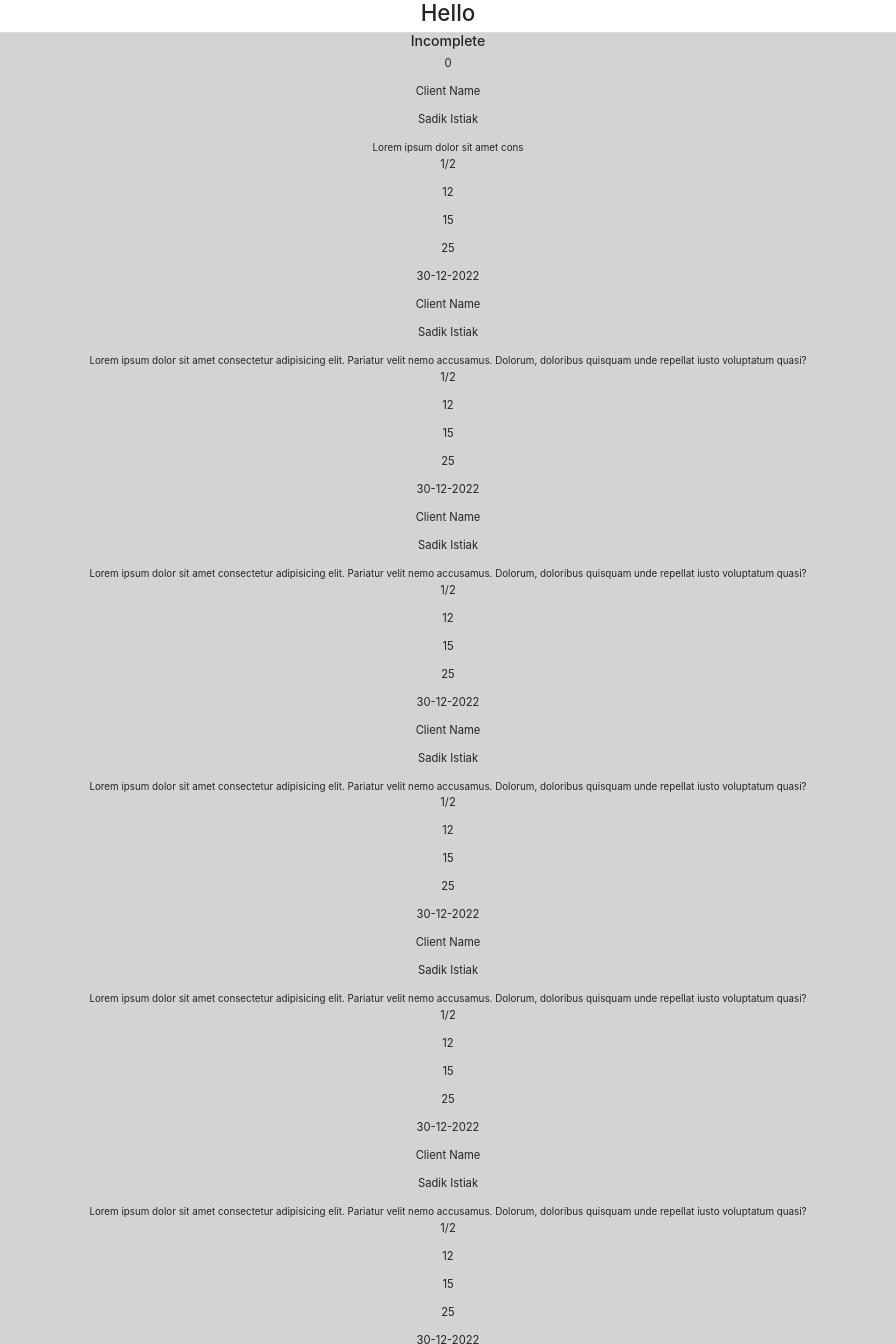
Repository: Sharif-00112/dashboard-task-frontend
Page: /
An editor plug-in stored every save of this project. The page is shown before and after the next save, followed by the edit.
The browser window is 1280 px wide. The pictures show the part of the page from y = 0 to 1920 px (the page is 3158 px tall before and 2758 px after), at 70% of full size.
The project was rebuilt for these pictures with package versions that can differ from the ones it lists, and the page was loaded fresh each time.

Above is the page before, as saved 2023-01-27 23:40:31.

### src/index.js
import React from 'react';
import 'bootstrap/dist/css/bootstrap.css';
import ReactDOM from 'react-dom/client';
import './index.css';
import App from './App';
import reportWebVitals from './reportWebVitals';

const root = ReactDOM.createRoot(document.getElementById('root'));
root.render(
  <React.StrictMode>
    <App />
  </React.StrictMode>
);

// If you want to start measuring performance in your app, pass a function
// to log results (for example: reportWebVitals(console.log))
// or send to an analytics endpoint. Learn more: https://bit.ly/CRA-vitals
reportWebVitals();

### src/App.js
import './App.css';
import Incomplete from './Components/Incomplete';

function App() {
  return (
    <div className="App">

      <h2>Hello</h2>
      <Incomplete></Incomplete>
    </div>
  );
}

export default App;

### src/Components/Incomplete.js
import React, { useState } from 'react';
import { useEffect } from 'react';
import './styles.css';
import Task from './Task';

const Incomplete = () => {
    const [tasks, setTasks] = useState([]);
    useEffect( ()=> {
        fetch('./tasks.JSON')
        .then(res => res.json())
        .then(data => setTasks(data))
    } ,[])
    return (
        <div className='background'>
            <div className="">
                <h5>Incomplete</h5>
                <p>0</p>
            </div>
            <div className="section-container">
                <div className="task-container">
                    {
                        tasks.map(task => <Task
                            key={task.taskNo}
                            task={task}
                        ></Task>)
                    }
                </div>
            </div>
        </div>
    );
};

export default Incomplete;

### src/Components/styles.css
.background{
    background-color: lightgray;
}

.task-part{
    display: flex;
    justify-content: space-between
}

### src/Components/Task.js
import React from 'react';

const Task = (props) => {
    const {clientName, clientImg, supervisorName, supervisorImg, taskSummary, progress, staff1Img, staff2Img, modules, message, attachment, date} = props.task;
    return (
        <div>
            <div className="">
                <p>{clientName}</p>
                <p>{supervisorName}</p>
            </div>
            <div className="">
                <small>{taskSummary}</small>
                <p>{progress}</p>
            </div>
            <div className="">
                <p>{modules}</p>
                <p>{message}</p>
                <p>{attachment}</p>
                <p>{date}</p>
            </div>
        </div>
    );
};

export default Task;

### public/tasks.JSON
[
  {
    "taskNo": 1,
    "clientName": "Client Name",
    "clientImg": "clientIMG.jpg",
    "supervisorName": "Sadik Istiak",
    "supervisorImg": "supervisorIMG.jpg",
    "taskSummary": "Lorem ipsum dolor sit amet cons",
    "progress": "1/2",
    "staff1Img": "staff1.jpg",
    "staff2Img": "staff2.jpg",
    "modules": 12,
    "message": 15,
    "attachment": 25,
    "date": "30-12-2022"
  },
  {
    "clientName": "Client Name",
    "clientImg": "clientIMG.jpg",
    "supervisorName": "Sadik Istiak",
    "supervisorImg": "supervisorIMG.jpg",
    "taskSummary": "Lorem ipsum dolor sit amet consectetur adipisicing elit. Pariatur velit nemo accusamus. Dolorum, doloribus quisquam unde repellat iusto voluptatum quasi?",
    "progress": "1/2",
    "staff1Img": "staff1.jpg",
    "staff2Img": "staff2.jpg",
    "modules": 12,
    "message": 15,
    "attachment": 25,
    "date": "30-12-2022"
  },
  {
    "clientName": "Client Name",
    "clientImg": "clientIMG.jpg",
    "supervisorName": "Sadik Istiak",
    "supervisorImg": "supervisorIMG.jpg",
    "taskSummary": "Lorem ipsum dolor sit amet consectetur adipisicing elit. Pariatur velit nemo accusamus. Dolorum, doloribus quisquam unde repellat iusto voluptatum quasi?",
    "progress": "1/2",
    "staff1Img": "staff1.jpg",
    "staff2Img": "staff2.jpg",
    "modules": 12,
    "message": 15,
    "attachment": 25,
    "date": "30-12-2022"
  },
  {
    "clientName": "Client Name",
    "clientImg": "clientIMG.jpg",
    "supervisorName": "Sadik Istiak",
    "supervisorImg": "supervisorIMG.jpg",
    "taskSummary": "Lorem ipsum dolor sit amet consectetur adipisicing elit. Pariatur velit nemo accusamus. Dolorum, doloribus quisquam unde repellat iusto voluptatum quasi?",
    "progress": "1/2",
    "staff1Img": "staff1.jpg",
    "staff2Img": "staff2.jpg",
    "modules": 12,
    "message": 15,
    "attachment": 25,
    "date": "30-12-2022"
  },
  {
    "clientName": "Client Name",
    "clientImg": "clientIMG.jpg",
    "supervisorName": "Sadik Istiak",
    "supervisorImg": "supervisorIMG.jpg",
    "taskSummary": "Lorem ipsum dolor sit amet consectetur adipisicing elit. Pariatur velit nemo accusamus. Dolorum, doloribus quisquam unde repellat iusto voluptatum quasi?",
    "progress": "1/2",
    "staff1Img": "staff1.jpg",
    "staff2Img": "staff2.jpg",
    "modules": 12,
    "message": 15,
    "attachment": 25,
    "date": "30-12-2022"
  },
  {
    "clientName": "Client Name",
    "clientImg": "clientIMG.jpg",
    "supervisorName": "Sadik Istiak",
    "supervisorImg": "supervisorIMG.jpg",
    "taskSummary": "Lorem ipsum dolor sit amet consectetur adipisicing elit. Pariatur velit nemo accusamus. Dolorum, doloribus quisquam unde repellat iusto voluptatum quasi?",
    "progress": "1/2",
    "staff1Img": "staff1.jpg",
    "staff2Img": "staff2.jpg",
    "modules": 12,
    "message": 15,
    "attachment": 25,
    "date": "30-12-2022"
  },
  {
    "clientName": "Client Name",
    "clientImg": "clientIMG.jpg",
    "supervisorName": "Sadik Istiak",
    "supervisorImg": "supervisorIMG.jpg",
    "taskSummary": "Lorem ipsum dolor sit amet consectetur adipisicing elit. Pariatur velit nemo accusamus. Dolorum, doloribus quisquam unde repellat iusto voluptatum quasi?",
    "progress": "1/2",
    "staff1Img": "staff1.jpg",
    "staff2Img": "staff2.jpg",
    "modules": 12,
    "message": 15,
    "attachment": 25,
    "date": "30-12-2022"
  },
  {
    "clientName": "Client Name",
    "clientImg": "clientIMG.jpg",
    "supervisorName": "Sadik Istiak",
    "supervisorImg": "supervisorIMG.jpg",
    "taskSummary": "Lorem ipsum dolor sit amet consectetur adipisicing elit. Pariatur velit nemo accusamus. Dolorum, doloribus quisquam unde repellat iusto voluptatum quasi?",
    "progress": "1/2",
    "staff1Img": "staff1.jpg",
    "staff2Img": "staff2.jpg",
    "modules": 12,
    "message": 15,
    "attachment": 25,
    "date": "30-12-2022"
  },
  {
    "clientName": "Client Name",
    "clientImg": "clientIMG.jpg",
    "supervisorName": "Sadik Istiak",
    "supervisorImg": "supervisorIMG.jpg",
    "taskSummary": "Lorem ipsum dolor sit amet consectetur adipisicing elit. Pariatur velit nemo accusamus. Dolorum, doloribus quisquam unde repellat iusto voluptatum quasi?",
    "progress": "1/2",
    "staff1Img": "staff1.jpg",
    "staff2Img": "staff2.jpg",
    "modules": 12,
    "message": 15,
    "attachment": 25,
    "date": "30-12-2022"
  },
  {
    "clientName": "Client Name",
    "clientImg": "clientIMG.jpg",
    "supervisorName": "Sadik Istiak",
    "supervisorImg": "supervisorIMG.jpg",
    "taskSummary": "Lorem ipsum dolor sit amet consectetur adipisicing elit. Pariatur velit nemo accusamus. Dolorum, doloribus quisquam unde repellat iusto voluptatum quasi?",
    "progress": "1/2",
    "staff1Img": "staff1.jpg",
    "staff2Img": "staff2.jpg",
    "modules": 12,
    "message": 15,
    "attachment": 25,
    "date": "30-12-2022"
  }
]

Loaded but not shown: public/index.html (common file); src/index.css (common file); src/reportWebVitals.js (common file); src/App.css (common file)

After the next save:
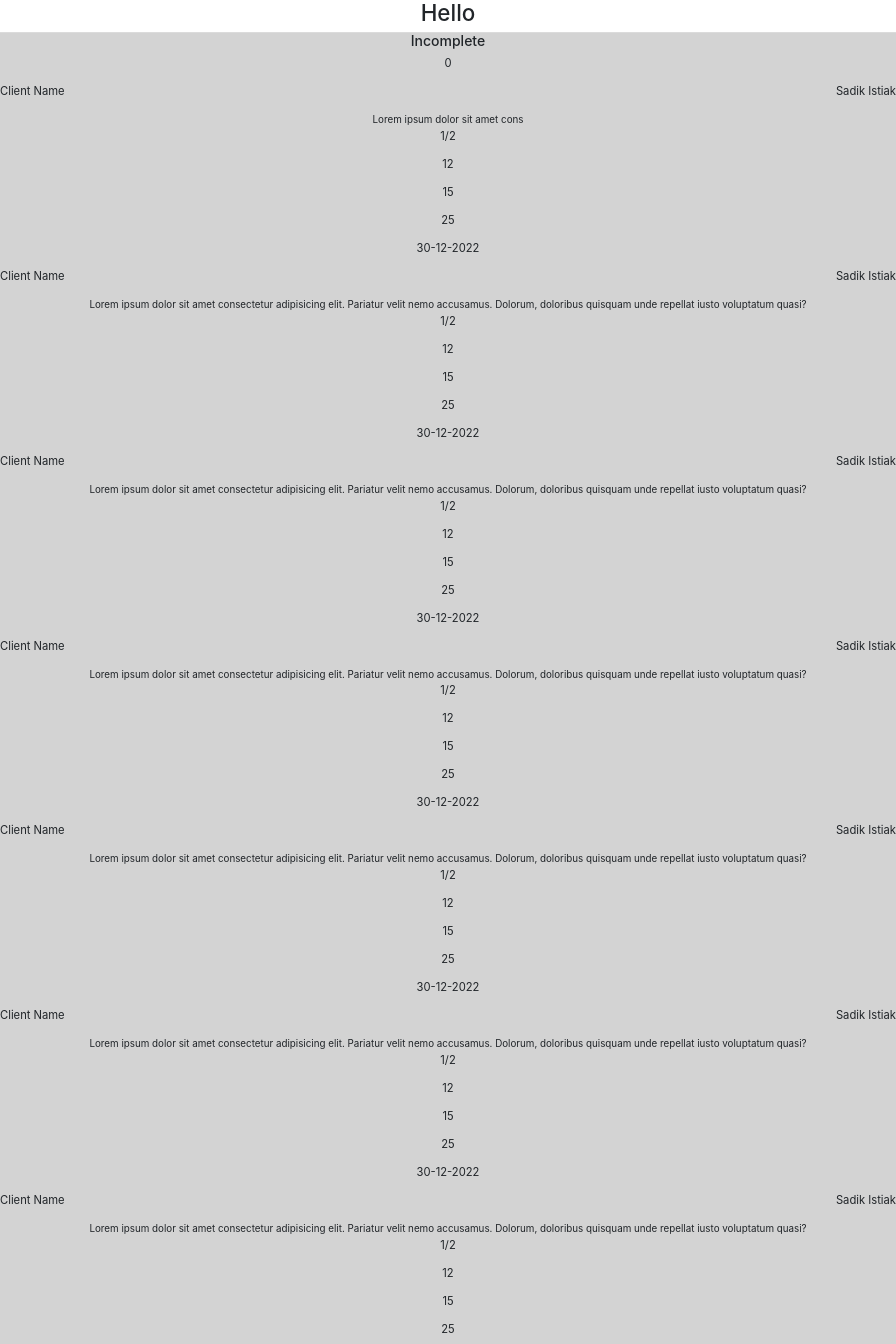
Saved 13 s later.
--- a/src/Components/Task.js
+++ b/src/Components/Task.js
@@ -4,7 +4,7 @@ const Task = (props) => {
     const {clientName, clientImg, supervisorName, supervisorImg, taskSummary, progress, staff1Img, staff2Img, modules, message, attachment, date} = props.task;
     return (
         <div>
-            <div className="">
+            <div className="task-part">
                 <p>{clientName}</p>
                 <p>{supervisorName}</p>
             </div>
